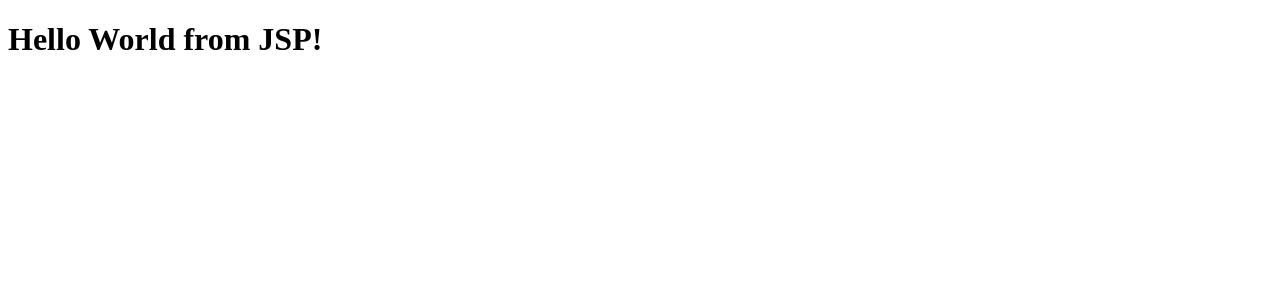
Repository: 2303051050877-coder/EP_PRACTICALS
Page: http://localhost/Practical-4-JSP/hello.jsp
The author's editor kept a copy of each file at every save. The page is drawn from the files as they stood at one save, then again after the next save.
The browser window is 1280 px wide. The pictures show the whole page.
The page is served by Tomcat 9.

Above is the page before, as saved 2025-09-25 15:57:31.

After the next save:
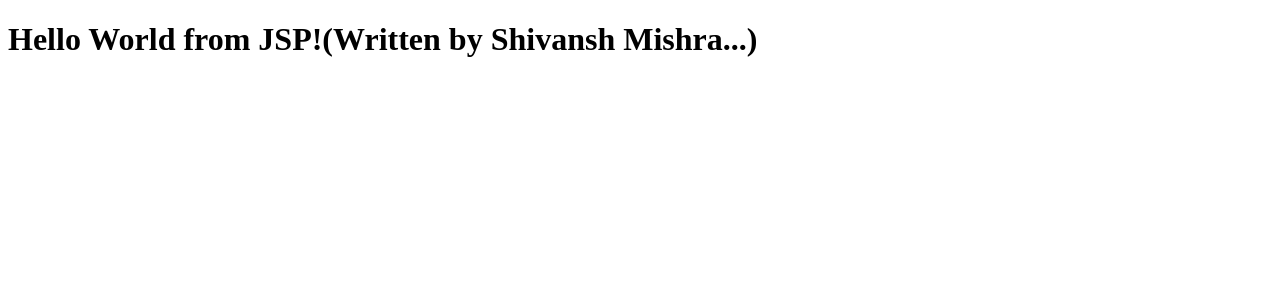
Saved 2 min 22 s later.
--- a/Practical-4-JSP/src/main/webapp/hello.jsp
+++ b/Practical-4-JSP/src/main/webapp/hello.jsp
@@ -5,6 +5,6 @@
     <title>Hello JSP</title>
 </head>
 <body>
-    <h1>Hello World from JSP!</h1>
+    <h1>Hello World from JSP!(Written by Shivansh Mishra...)</h1>
 </body>
 </html>
